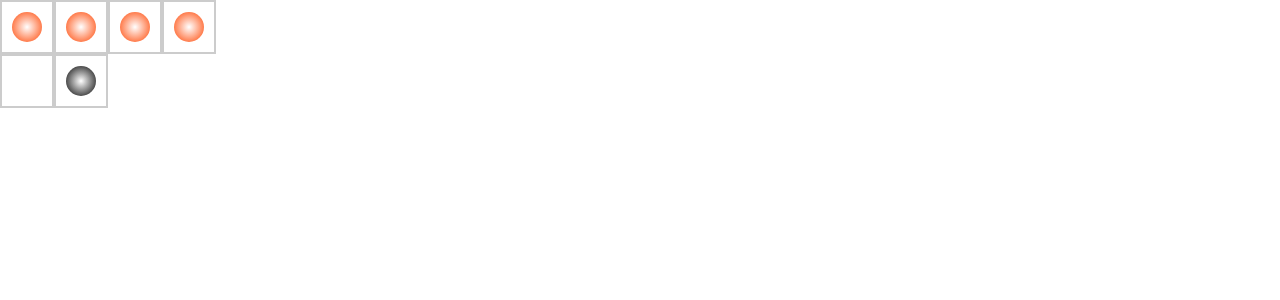
Repository: Gstring-w/TypeScript-React-ThreeWordGame
Page: / (app in my-app/)
An editor plug-in stored every save of this project. The page is shown before and after the next save, followed by the edit.
The browser window is 1280 px wide. The pictures show the whole page.
The project was rebuilt for these pictures with package versions that can differ from the ones it lists, and the page was loaded fresh each time.

Above is the page before, as saved 2019-07-01 14:58:50.

After the next save:
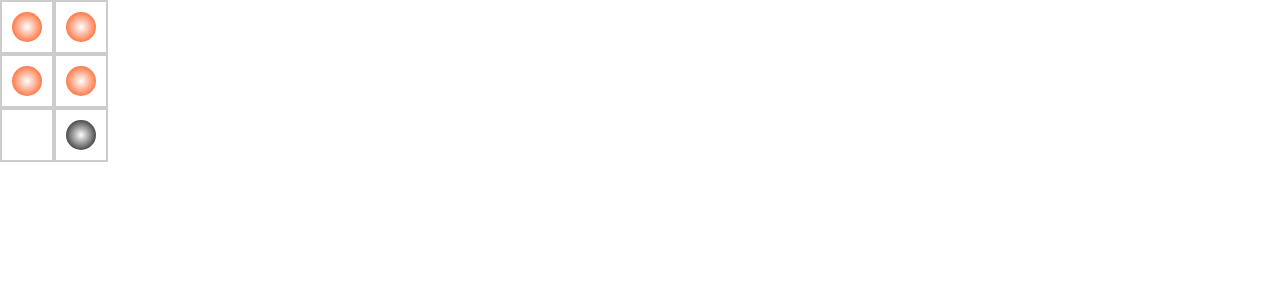
Saved 12 s later.
--- a/my-app/src/components/Map.css
+++ b/my-app/src/components/Map.css
@@ -1,5 +1,5 @@
 .map-wrapper {
-  width: 250px;
+  width: 150px;
   display: flex;
   flex-wrap: wrap;
 }
